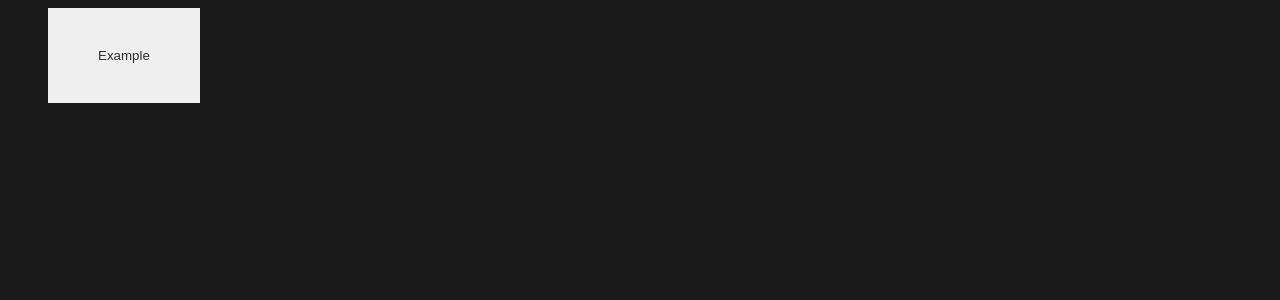
Repository: Folody-Team/Patery-UI
Page: example/index.html
These files come from the project's save history. The page is drawn as it stood at one moment and after the next save; the edit follows.
The browser window is 1280 px wide. The pictures show the whole page.

Above is the page before, as saved 2022-01-16 21:52:43.

After the next save:
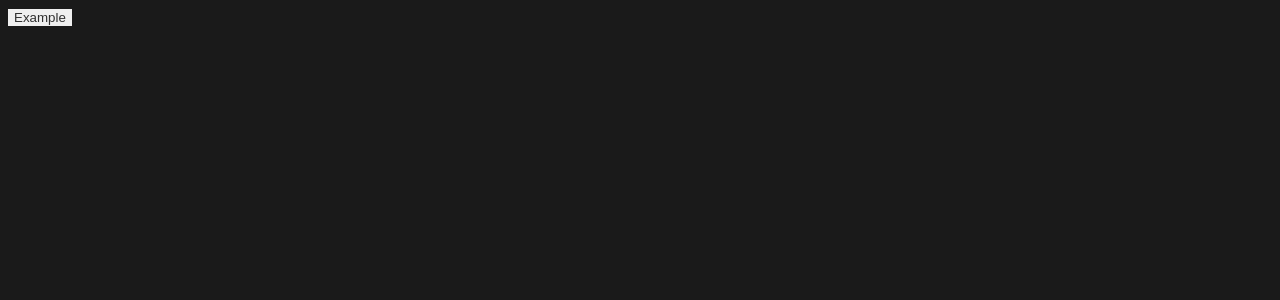
Saved 2 min 53 s later.
--- a/patery.js
+++ b/patery.js
@@ -36,10 +36,6 @@
     });
 })();
 (async () => {
-    new Promise(function(resolve, reject){
-        const PateryPadding = document.querySelector('PateryPadding').tagName;
-        resolve(PateryPadding);
-    }).then(function(PateryPadding) {
-        PateryPadding = 'div';
-    });
+    var element = document.querySelector('PateryPadding');
+element.outerHTML = element.outerHTML.replace(/PateryPadding/g,"div");
 })();

After the save that followed:
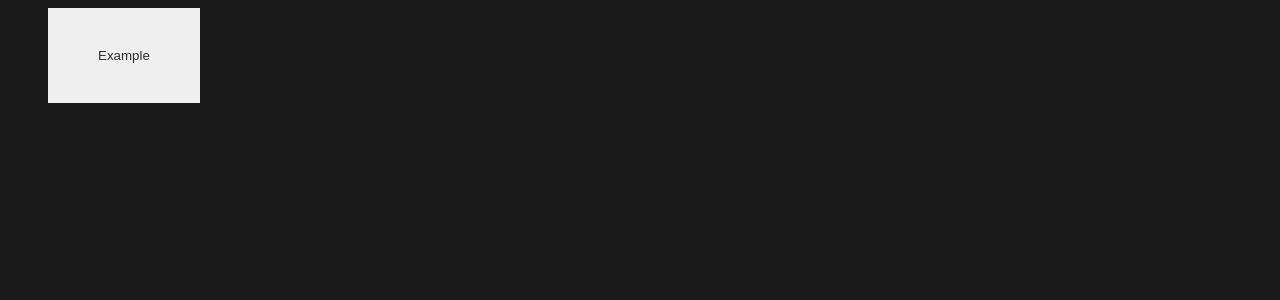
Saved 24 s later.
--- a/patery.js
+++ b/patery.js
@@ -37,5 +37,5 @@
 })();
 (async () => {
     var element = document.querySelector('PateryPadding');
-element.outerHTML = element.outerHTML.replace(/PateryPadding/g,"div");
+    element.tagName = 'div';
 })();
